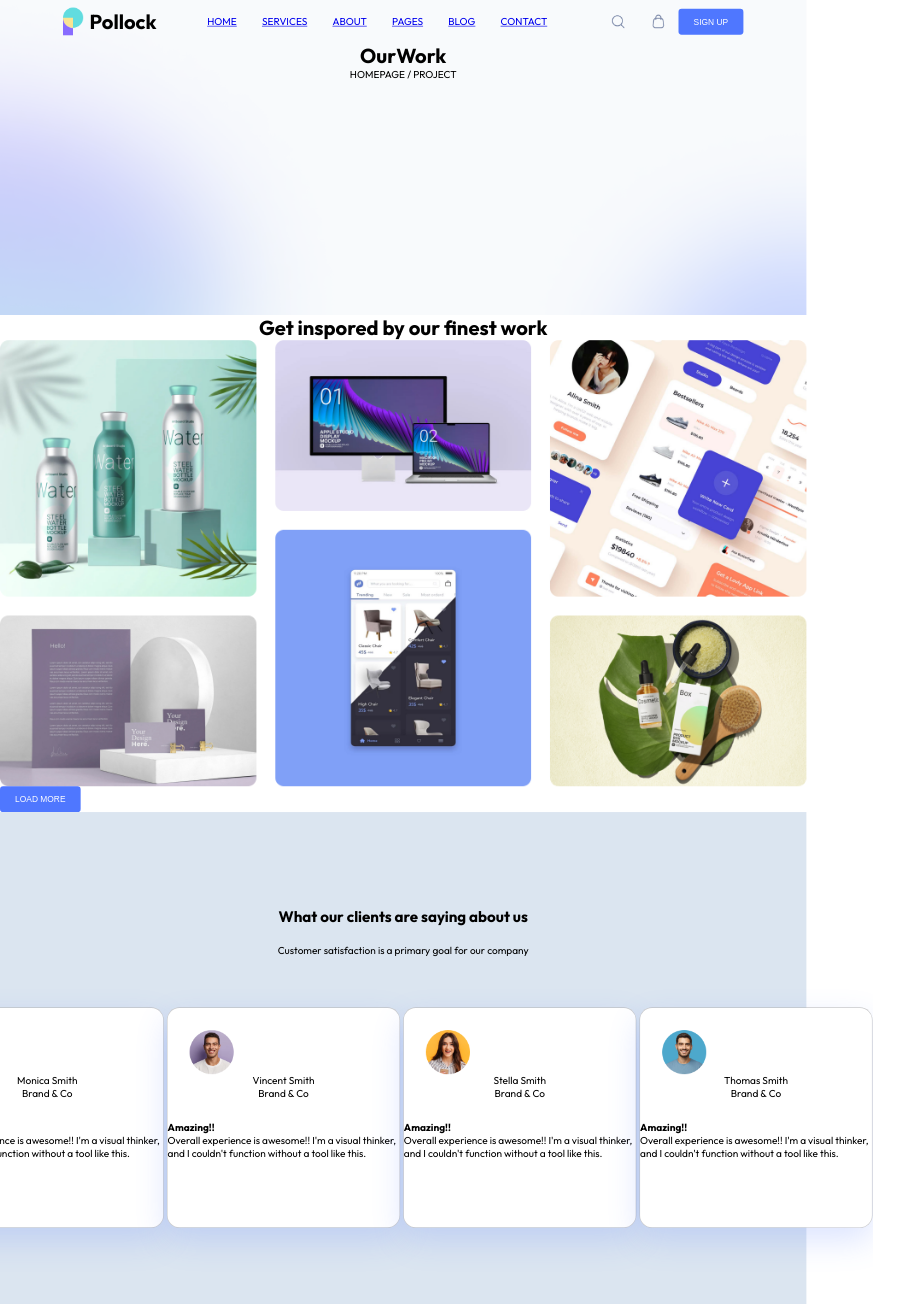
Repository: Nam936/exercises
Page: index.html
These files come from the project's save history. The page is drawn as it stood at one moment and after a run of saves; the edit follows.
The browser window is 1280 px wide. The page is 1385 px wide, then 1430 px, so the pictures cover 1430 px, including what lies to the right of the window. The pictures show the whole page, at 63% of full size.

Above is the page before, as saved 2022-12-30 13:44:54.

After the next 2 saves:
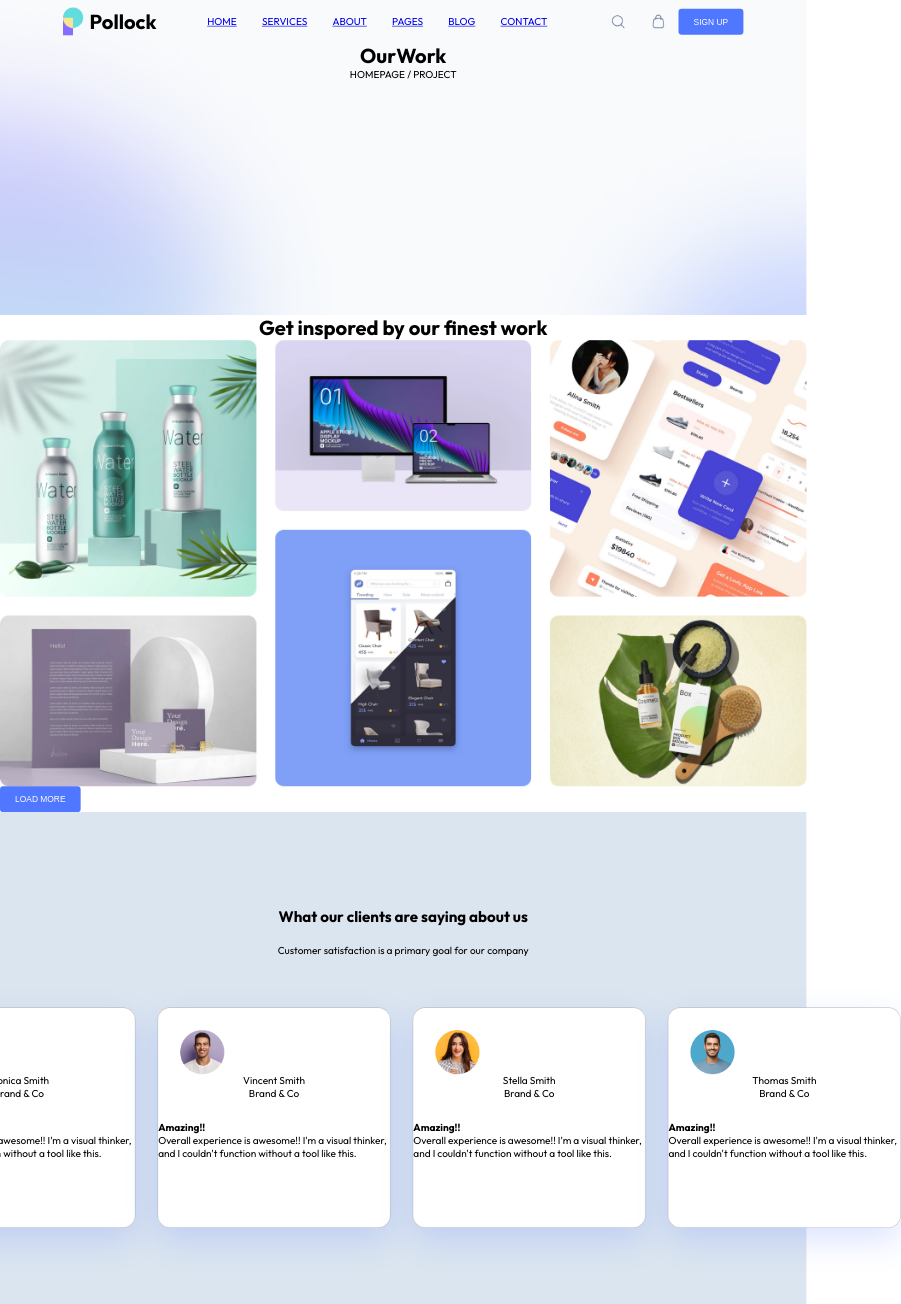
The 2 saves are shown as one change because they came seconds apart.
The last was saved 17 s later.
--- a/style.css
+++ b/style.css
@@ -52,7 +52,7 @@ img{display: block; width: 100%;}
 h2{margin: 30px;}
 
 /*      */
-.slide{display: grid; grid-template-columns: 375px 375px 375px 375px ; justify-content: center;}
+.slide{display: grid; grid-template-columns: 375px 375px 375px 375px ; justify-content: center; gap: 30px;}
 
 .tag{width: 370px; height: 350px; border: 1px solid rgba(0,0,0,0.2); border-radius: 20px; background: #fff;box-shadow: 0px 20px 50px rgba(79, 119, 255, 0.2); }
 .tag_avatar img{display: block; width: 70px; height: 70px;}
